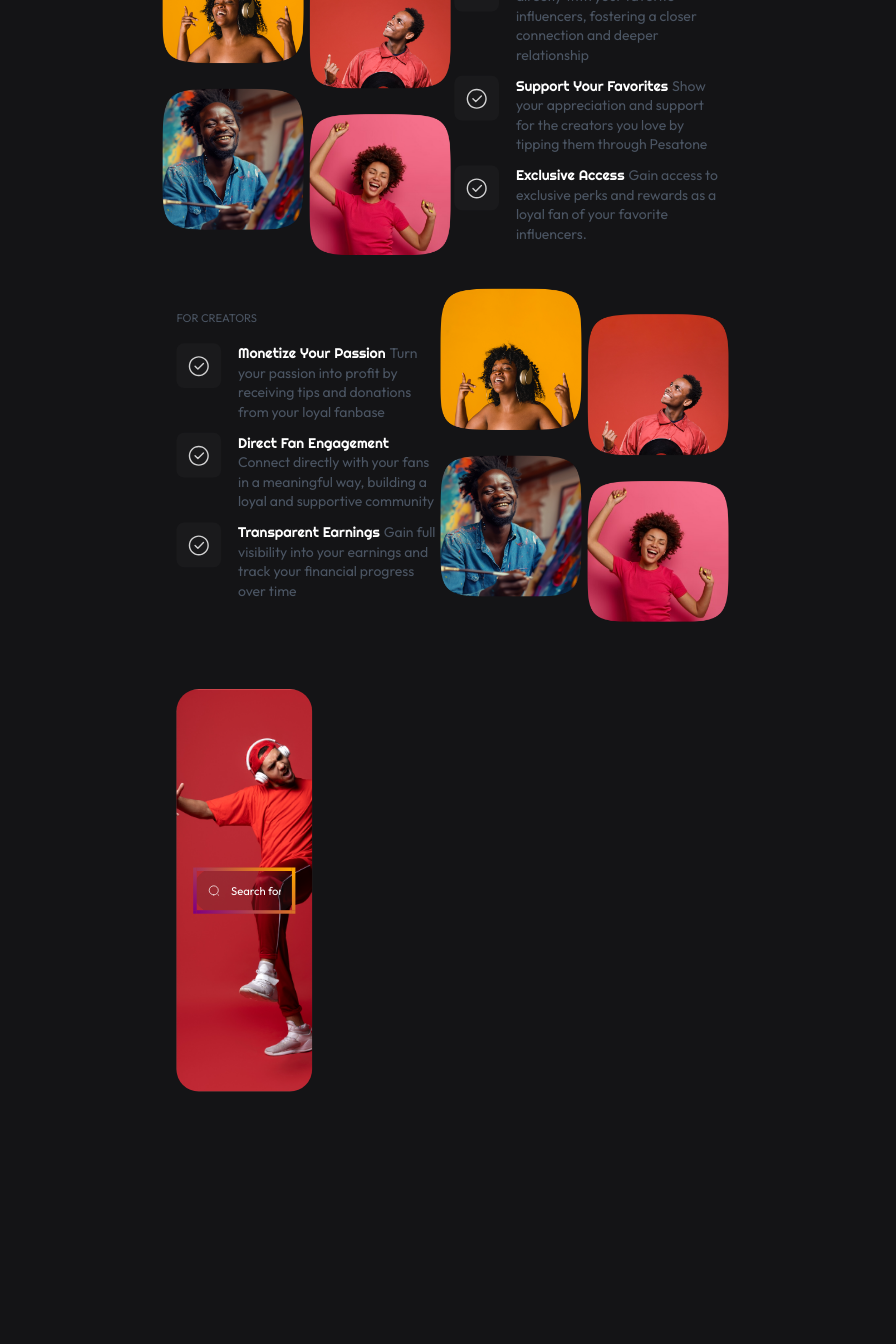
Repository: felixdusengimana/capstone-project-mirror
Page: / (app in frontend/)
These files come from the project's save history. The page is drawn as it stood at one moment and after a run of saves; the edit follows.
The browser window is 1280 px wide. The pictures show the part of the page from y = 2035 to 3955 px (the page is 3955 px tall), at 70% of full size.
The project was rebuilt for these pictures with package versions that can differ from the ones it lists, and the page was loaded fresh each time. The framework's server and built-in components were replaced by stand-ins that run in the browser. Also part of the build but not shown: frontend/next.config.mjs.

Above is the page before, as saved 2024-03-11 16:20:54.

After the next 2 saves:
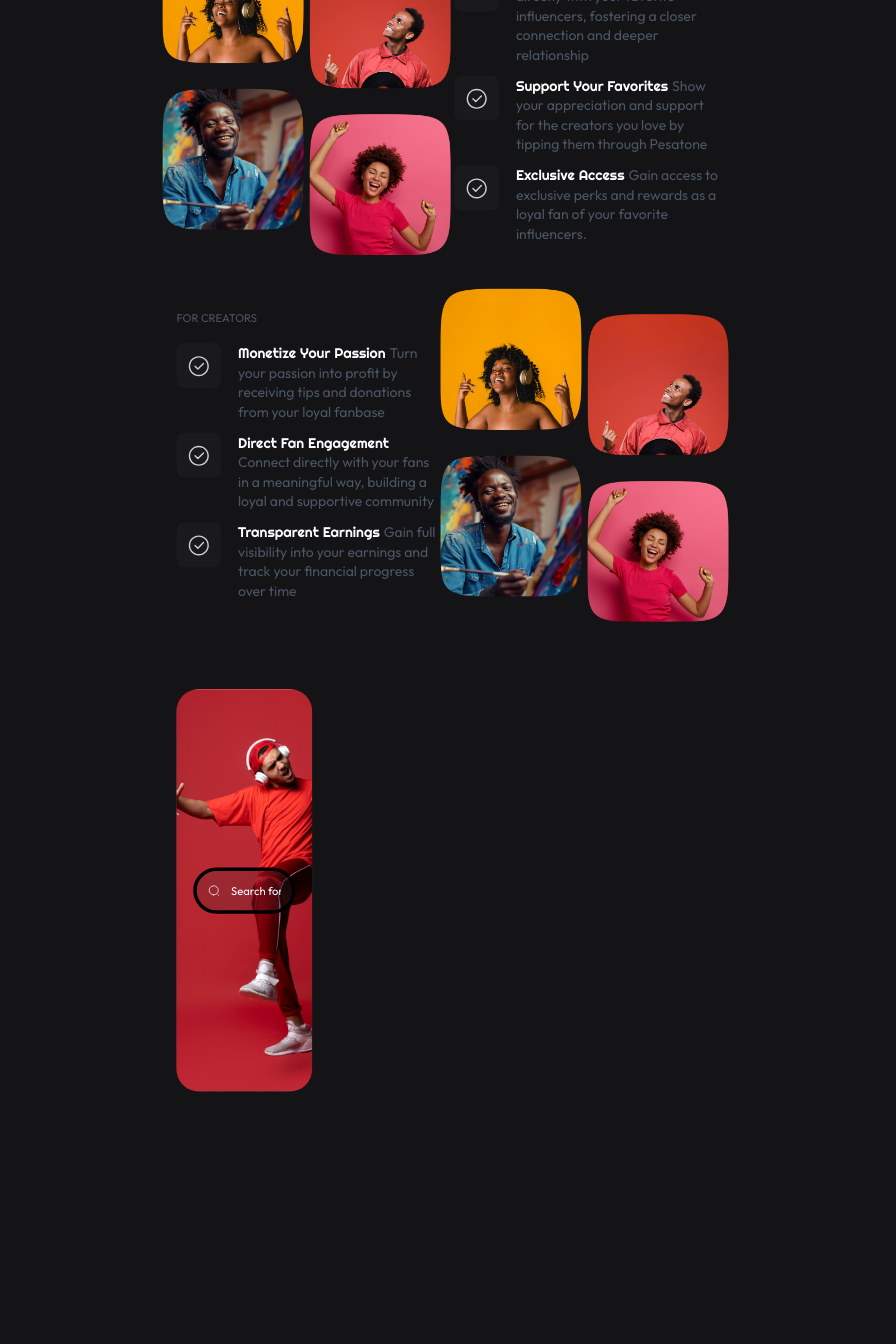
The 2 saves are shown as one change because they came seconds apart.
The last was saved 21 s later.
--- a/frontend/app/globals.css
+++ b/frontend/app/globals.css
@@ -36,6 +36,5 @@ body {
 
 .button-border-gradient {
   border: 5px solid;
-  border-image: linear-gradient(45deg, purple, orange) 1;
   padding: 1rem;
 }

After the save that followed:
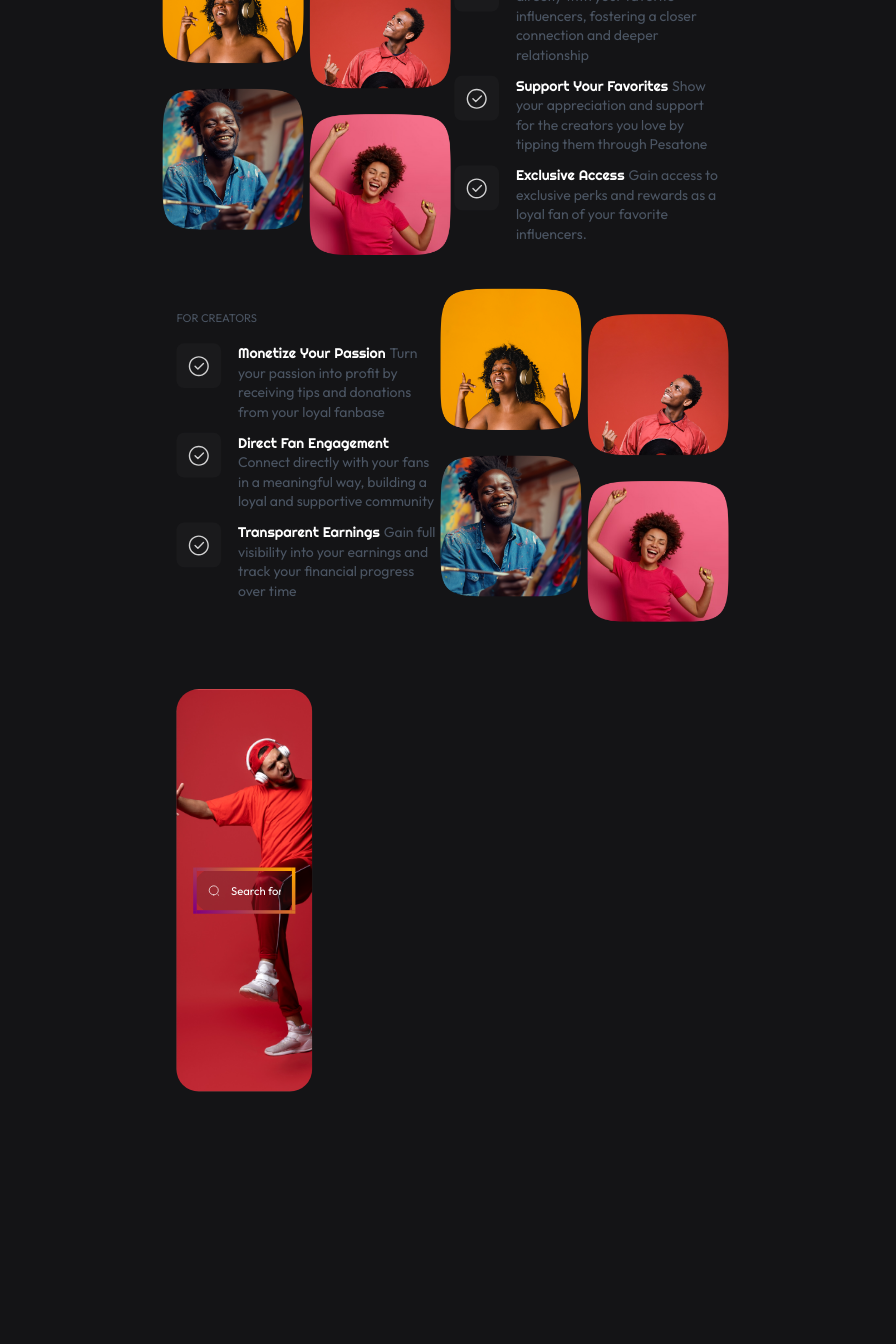
Saved 36 s later.
--- a/frontend/app/globals.css
+++ b/frontend/app/globals.css
@@ -36,5 +36,6 @@ body {
 
 .button-border-gradient {
   border: 5px solid;
+  border-image: linear-gradient(45deg, purple, orange) 1;
   padding: 1rem;
 }
